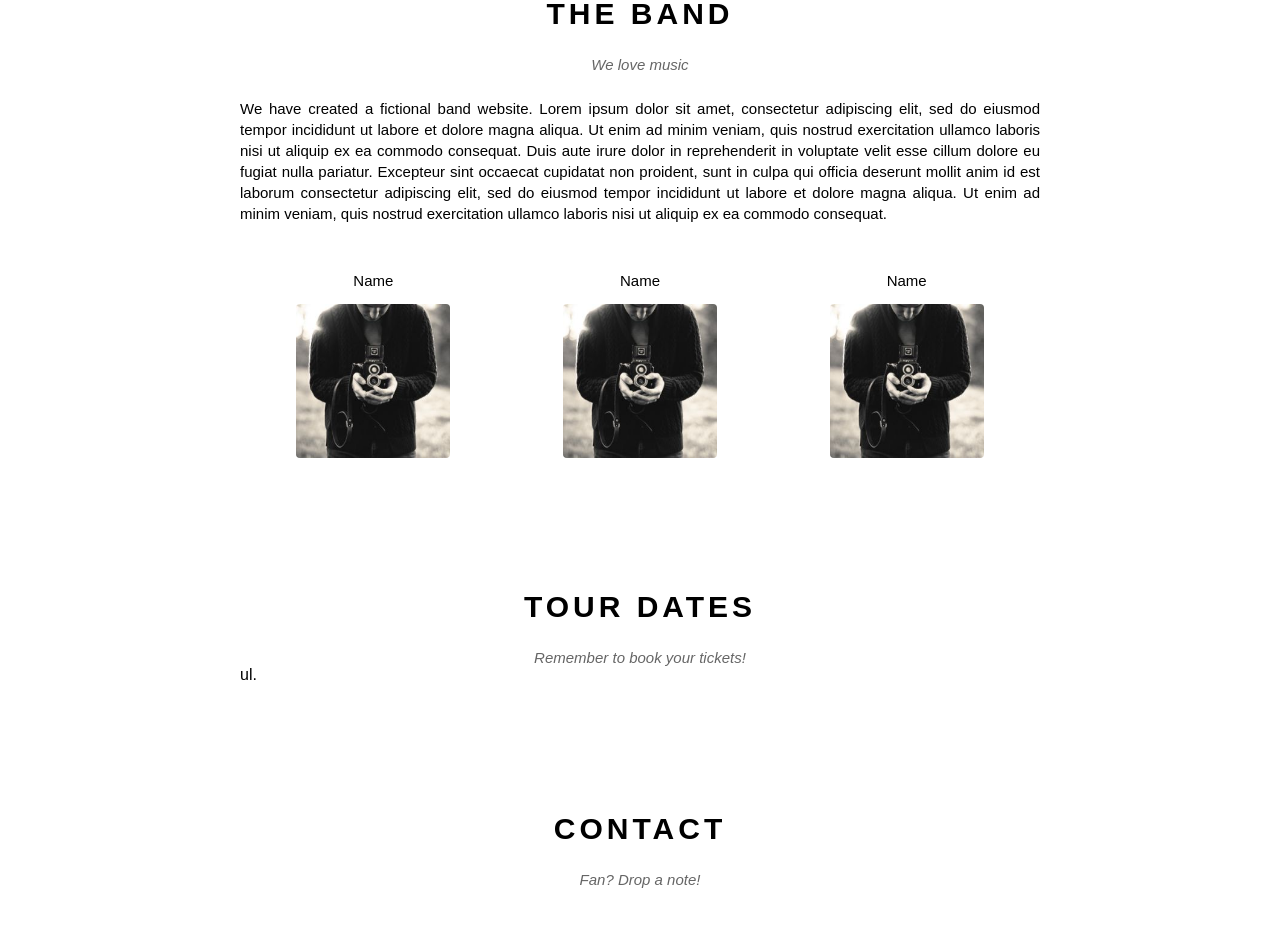
Repository: Phunobita/The-band-w3school
Page: index.html
These files come from the project's save history. The page is drawn as it stood at one moment and after the next save; the edit follows.
The browser window is 1280 px wide. The pictures show the part of the page from y = 417 to 1369 px (the page is 1369 px tall before and 1211 px after).
A picture or video elsewhere on the page could not be fetched, so the positions and the page height are approximate.

Above is the page before, as saved 2021-12-02 21:53:59.

After the next save:
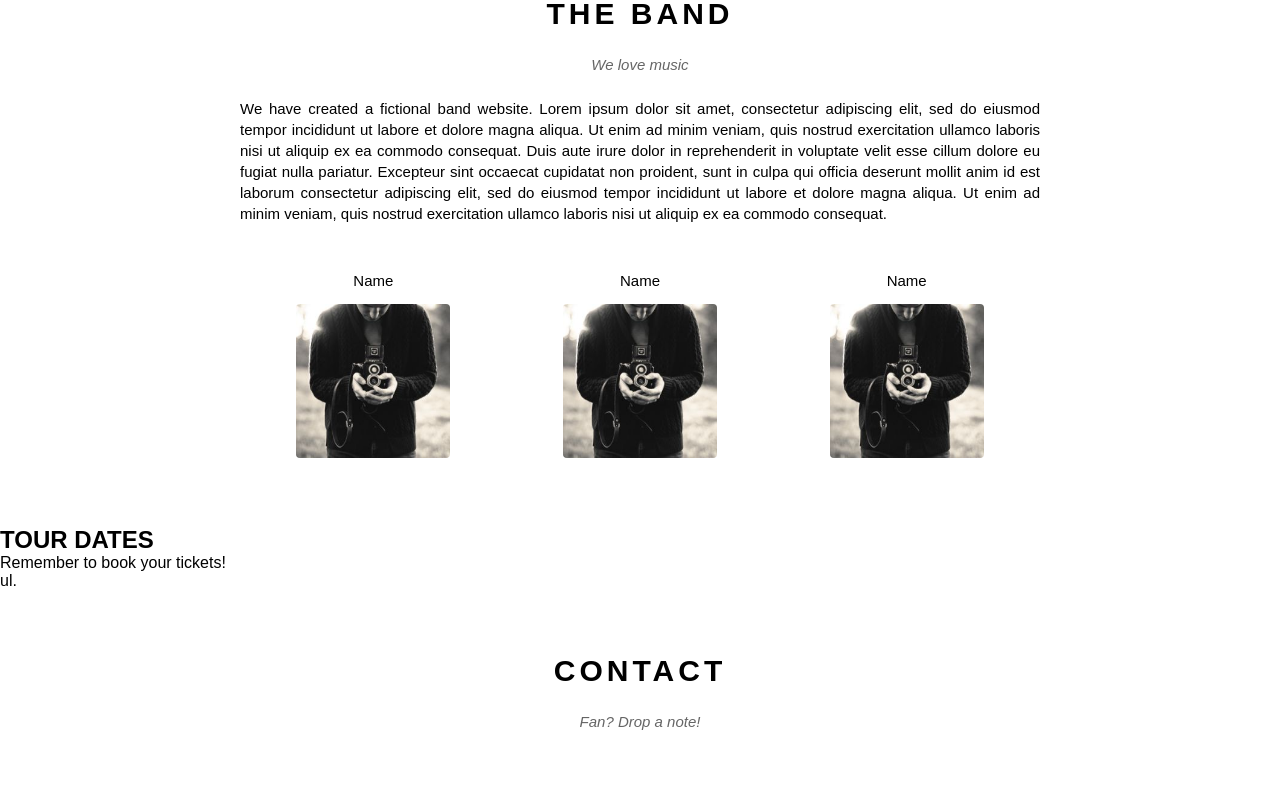
Saved 2 min 27 s later.
--- a/index.html
+++ b/index.html
@@ -77,9 +77,9 @@
 
             <!--Tour section-->
             <div class="tour__section">
-                <div class="content-section">
-                    <h2 class="section-heading">TOUR DATES</h2>
-                    <p class="section-sub-heading">Remember to book your tickets!</p>
+                <div class="tour__container">
+                    <h2 class="tour__container-heading">TOUR DATES</h2>
+                    <p class="tour__container-sub-heading">Remember to book your tickets!</p>
                     ul.
 
                 </div>

After the 2 saves that followed:
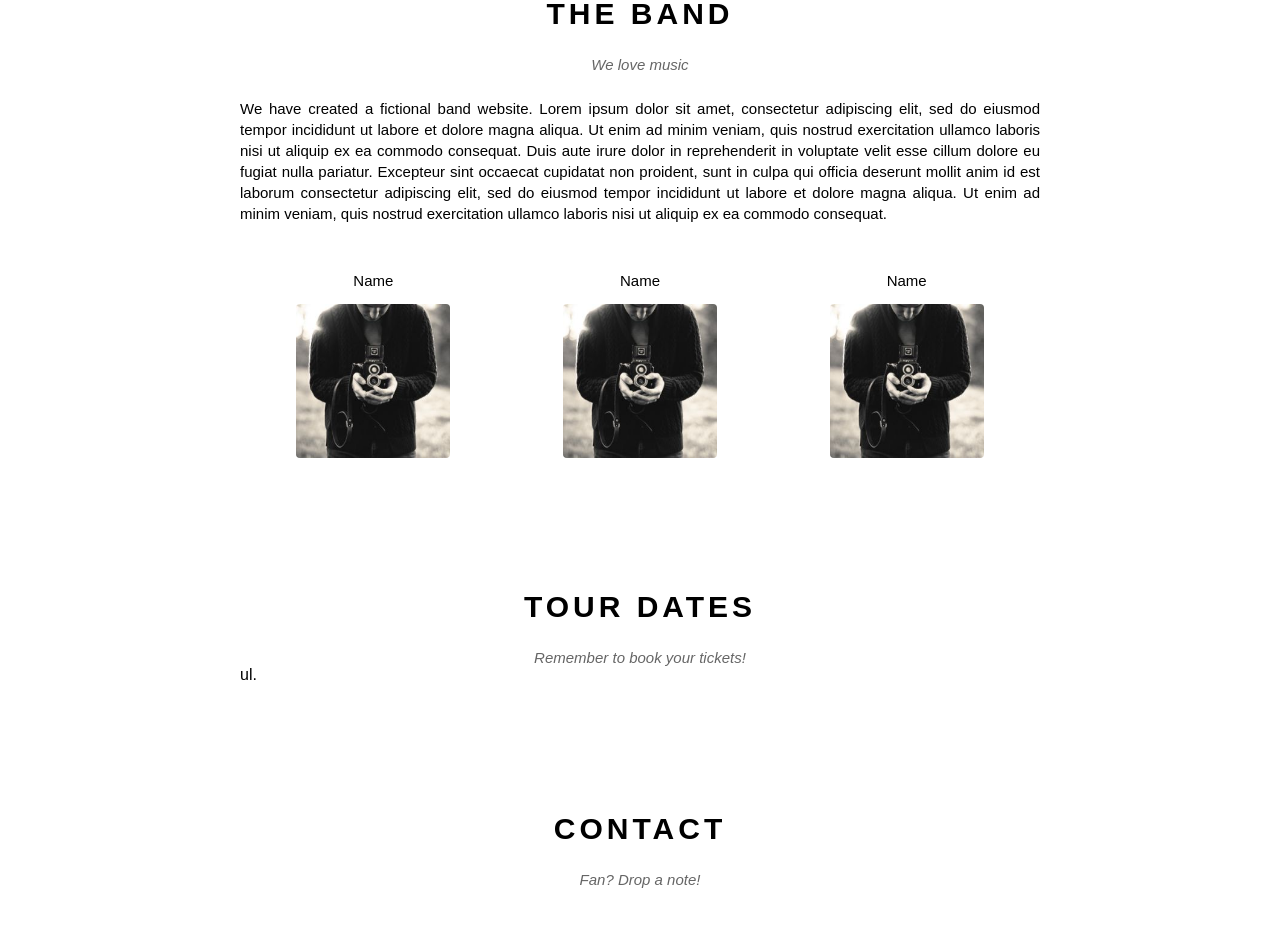
The 2 saves are shown as one change because 1 left the picture as it was.
The last was saved 2 min 12 s later.
--- a/index.html
+++ b/index.html
@@ -77,9 +77,9 @@
 
             <!--Tour section-->
             <div class="tour__section">
-                <div class="tour__container">
-                    <h2 class="tour__container-heading">TOUR DATES</h2>
-                    <p class="tour__container-sub-heading">Remember to book your tickets!</p>
+                <div class="content-section">
+                    <h2 class="section-heading">TOUR DATES</h2>
+                    <p class="section-sub-heading">Remember to book your tickets!</p>
                     ul.
 
                 </div>
--- a/assets/css/style.css
+++ b/assets/css/style.css
@@ -147,5 +147,10 @@
   width: 154px;
   border-radius: 4px;
 }
+
+.tour__container {
+  margin-left: auto;
+  margin-right: auto;
+}
 #footer {
 }
